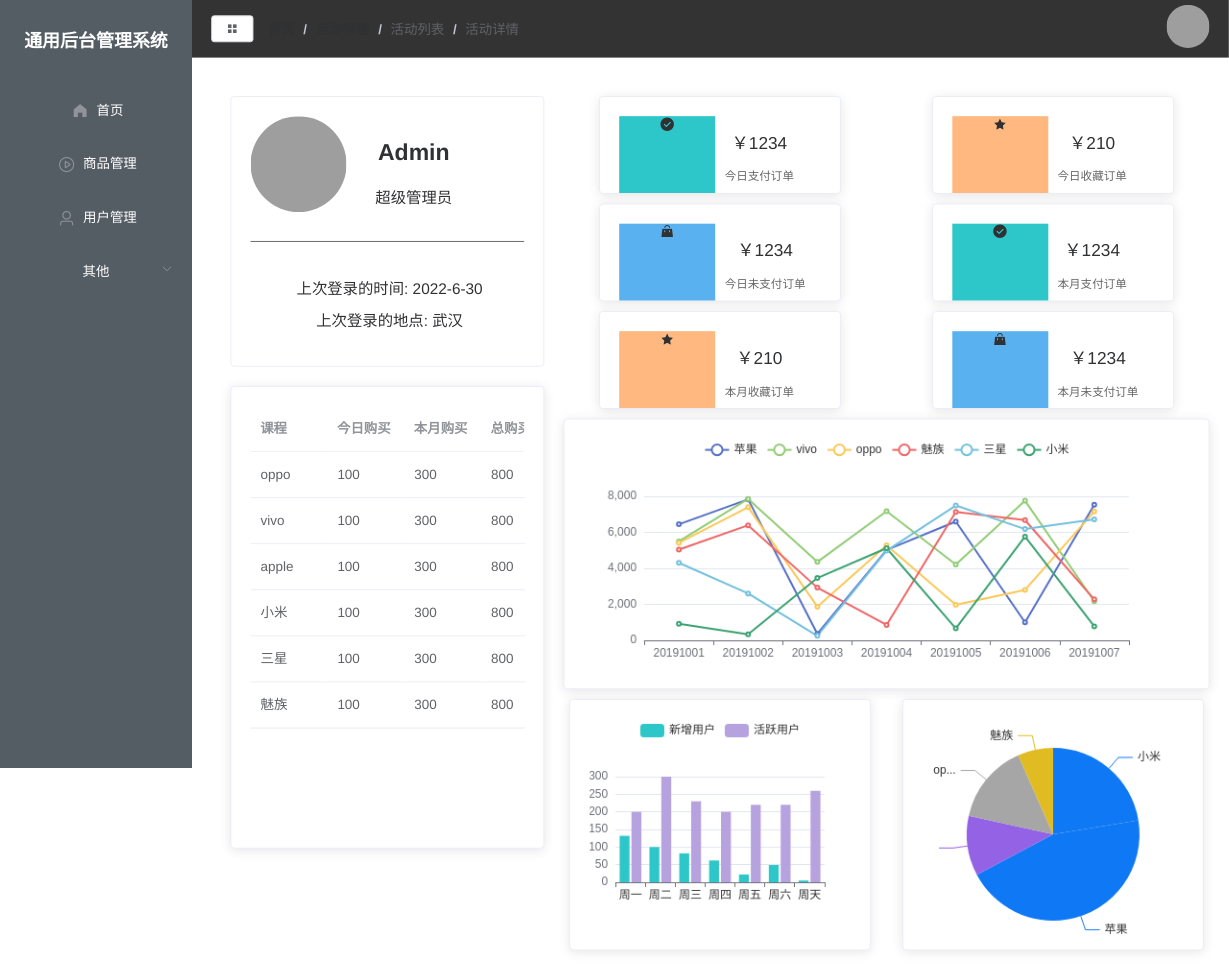
Repository: zhangwen001208/cmd
Page: /
The author's editor kept a copy of each file at every save. The page is drawn from the files as they stood at one save, then again after the next save.
The browser window is 1280 px wide. The pictures show the whole page, at 96% of full size.
Pictures or frames that could not be fetched are drawn as grey boxes. The project was rebuilt for these pictures with package versions that can differ from the ones it lists, and the page was loaded fresh each time. Also part of the build but not shown: vue.config.js.

Above is the page before, as saved 2022-08-27 12:49:08.

After the next save:
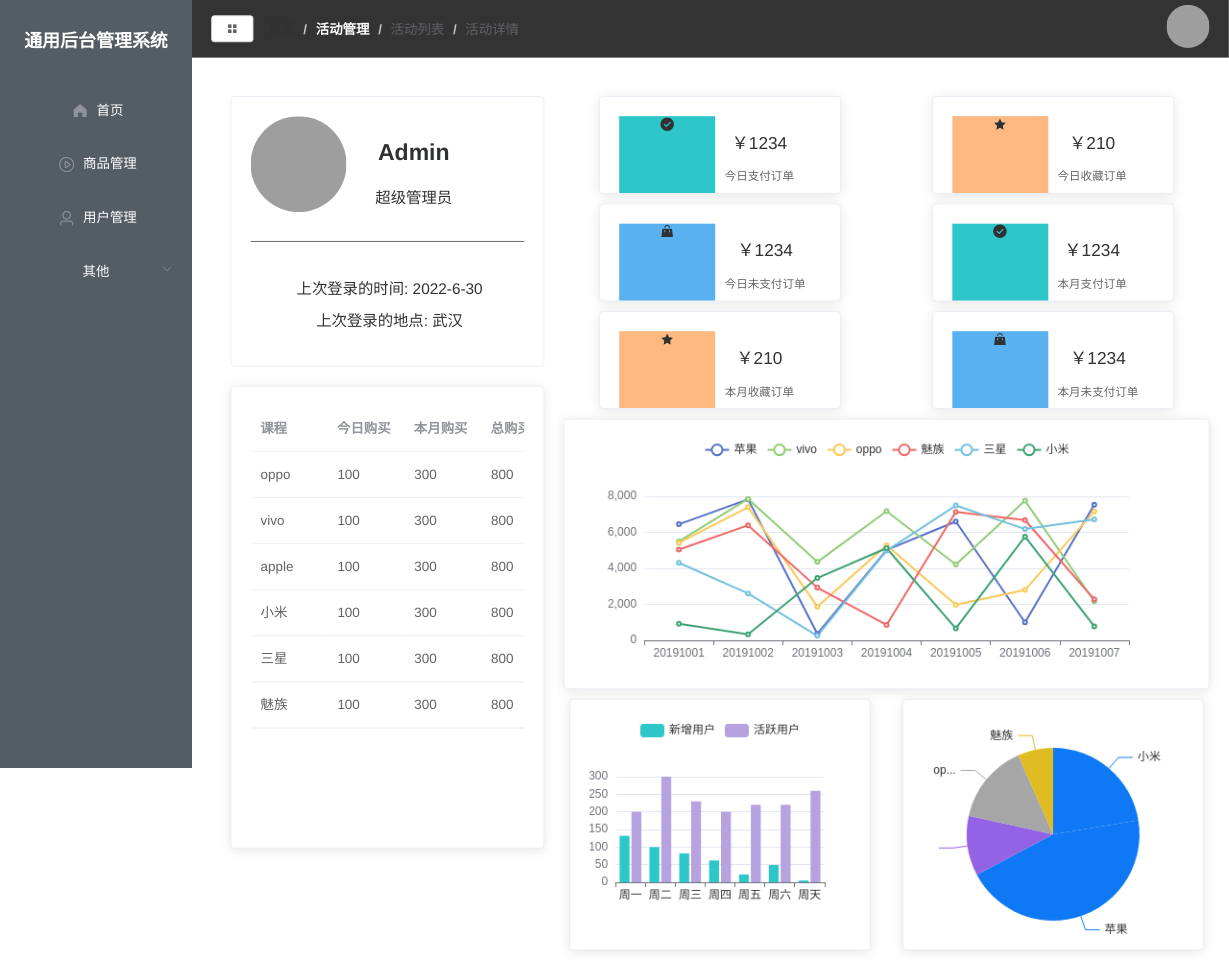
Saved 54 s later.
--- a/src/components/homeHeader.vue
+++ b/src/components/homeHeader.vue
@@ -66,7 +66,8 @@
             margin-right: 15px;
 
         }
-        .el-breadcrumb__inner {
+       .el-breadcrumb__inner a,
+       .el-breadcrumb__inner.is-link {
             color: #fff;
         }
     }

After the save that followed:
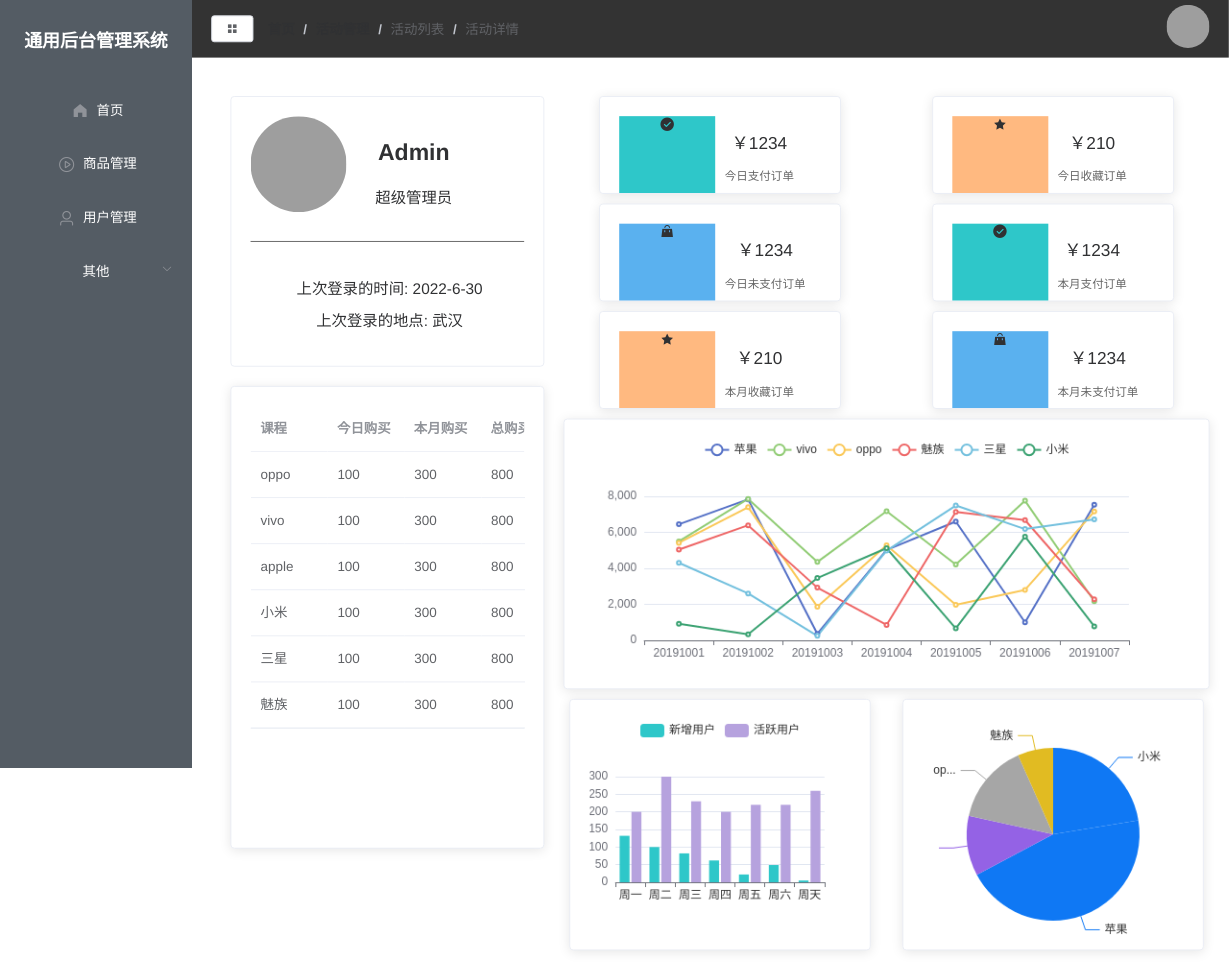
Saved 99 s later.
--- a/src/components/homeHeader.vue
+++ b/src/components/homeHeader.vue
@@ -66,7 +66,7 @@
             margin-right: 15px;
 
         }
-       .el-breadcrumb__inner a,
+       .el-breadcrumb__inner ,
        .el-breadcrumb__inner.is-link {
             color: #fff;
         }
